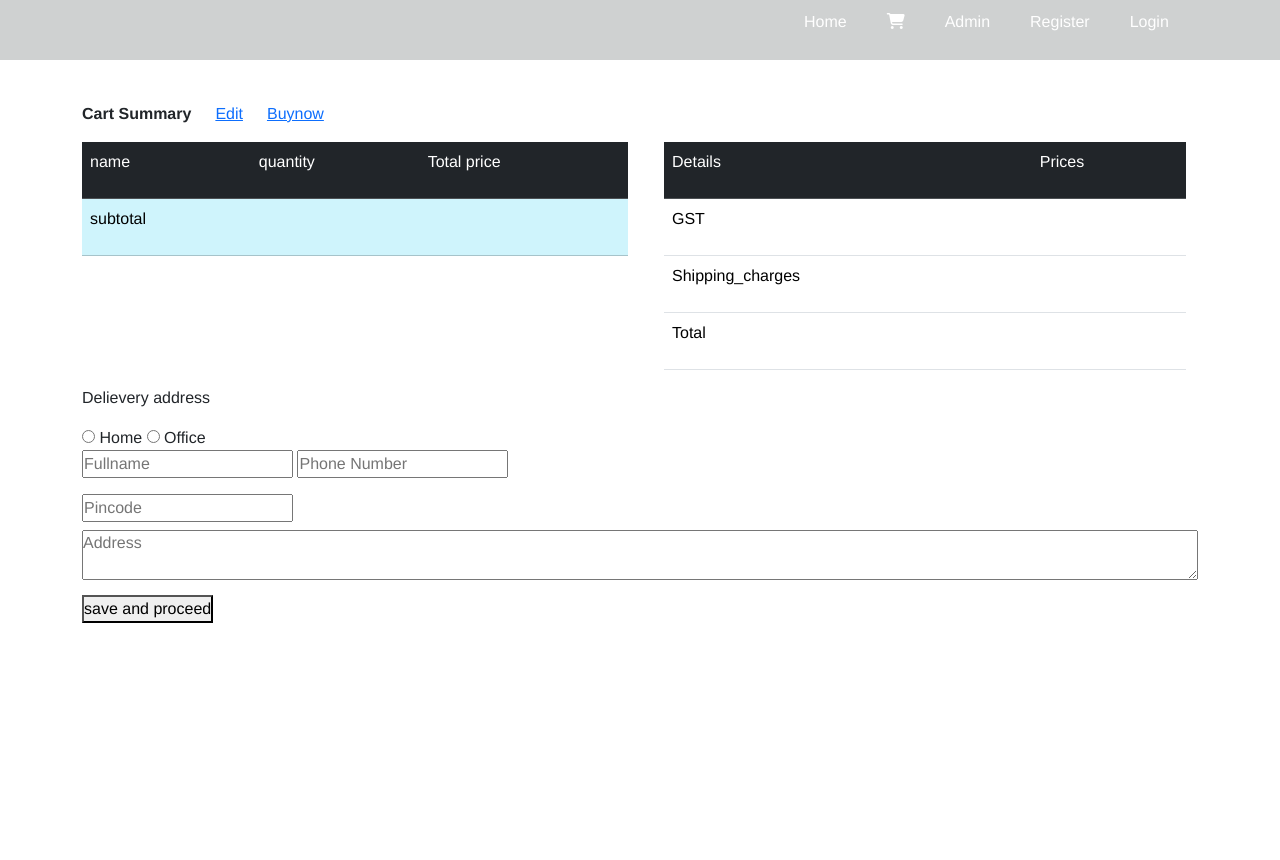
Repository: nagarjunau-dev/Brand
Page: project/login/templates/checkout.html
These files come from the project's save history. The page is drawn as it stood at one moment and after a run of saves; the edit follows.
The browser window is 1280 px wide. The pictures show the whole page.
The template is drawn by Django 5.2. The application's start-up code is not run. Other server files are loaded and not shown. The template is opened directly, without the code that normally fills it, so the values that code supplies are empty.

Above is the page before, as saved 2025-06-17 17:18:47.
Console error: TypeError: Cannot set properties of null (setting 'onclick')

### project/login/templates/checkout.html
{% extends "main.html" %}
{% load static %}
{% block content %}
<div class="container" style="height:100vh;margin:70px 0;">
    <div class="row mt-4">
        <div class="col mt-2">
            <div class="d-flex ">
            <p><b>Cart Summary</b></p>
            <a class='px-4'href="{% url "cart" %}">Edit</a>
            <a href="{% url "buynow" %}">Buynow</a>
            </div>
            <table class="table">
                <tr class="table-dark">
                    <td><p>name</p></td>
                    <td><p>quantity</p></td>
                    <td><p>Total price</p></td>
                </tr>
            {% for product in cart_products  %}
                <tr>
                    <td><p>{{product.name}}</p></td>
                    <td><p>{{product.quantity}}</p></td>
                    <td><p>{{product.total_price}}</p></td>
                </tr>
            {% endfor %}
            <tfoot class="table-info">
                <td><p>subtotal</p></td>
                <td><p>{{total_quantity}}</p></td>
                <td><p>{{product_total}}</p></td>
            </tfoot>
            </table>
        </div>
        <div class="col">
            <div class="container-fluid mt-5">
                <table class="table table-responsive ">
                    <tr class="table-dark">
                        <td><p>Details</p></td>
                        <td><p>Prices</p></td>
                    </tr>
                    {% for i in cart_products  %}
                        <tr>
                            <td><p>{{i.gst}}</p></td>
                            <td><p>{{i.total}}</p></td>
                        </tr>
                    {% endfor %}
                        <tr>
                            <td><p>GST</p></td>
                            <td><p>{{gst_amt|floatformat:2}}</p></td>
                        </tr>
                        <tr>
                            <td><p>Shipping_charges</p></td>
                            <td><p>{{shipping_charges}}</p></td>
                        </tr>
                        <tr>
                            <td><p>Total</p></td>
                            <td><p>{{total_price|floatformat:2}}</p></td>
                        </tr>
                </table>
            </div>
        </div>
    </div>
    <div class="col">
            <p>Delievery address</p>
            <form method="POST" class='form'>
                <label>
                    <input type="radio" name="home" value="home" onclick="showFields('home')"> Home
                </label>
                <label>
                    <input type="radio" name="office" value="office" onclick="showFields('office')"> Office
                </label>
                <div class="mb-2" style="width:100%">
                    <input  id="homefield" class="mb-2" type="text" placeholder="Fullname" name="fullname">
                    <input id="homefield" type="tel" pattern="[6-9] {1} [0-9] {9}"placeholder="Phone Number" name="number">
                </div>
                <div class="mb-2">
                    <input id="homefield" type="pin" placeholder="Pincode" name="pincode">
                </div>
                <div class="mb-2" style="width:100%">
                    <textarea id="homefield" style="width:100%" name="address" placeholder="Address"></textarea>
                </div>
                <div>
                    <button type="submit">save and proceed</button>
                </div>
            </form>
    </div>
</div>
{% endblock content %}

### project/templates/main.html
{% load static %}

<!DOCTYPE html>
<html lang="en">
<head>
    <meta charset="UTF-8">
    <meta name="viewport" content="width=device-width, initial-scale=1.0">
    <title>Login</title>
    {% comment %} <link rel="stylesheet" href="{% static "css/style.css" %}">
    <link rel="stylesheet" href="{% static "css/reg.css" %}">  {% endcomment %}
    <link rel="stylesheet" href="{% static "css/nav.css" %}">
    <link rel="stylesheet" href="https://cdnjs.cloudflare.com/ajax/libs/font-awesome/6.7.2/css/all.min.css" integrity="sha512-Evv84Mr4kqVGRNSgIGL/F/aIDqQb7xQ2vcrdIwxfjThSH8CSR7PBEakCr51Ck+w+/U6swU2Im1vVX0SVk9ABhg==" crossorigin="anonymous" referrerpolicy="no-referrer" />
    <link href="https://cdn.jsdelivr.net/npm/bootstrap@5.3.6/dist/css/bootstrap.min.css" rel="stylesheet" integrity="sha384-4Q6Gf2aSP4eDXB8Miphtr37CMZZQ5oXLH2yaXMJ2w8e2ZtHTl7GptT4jmndRuHDT" crossorigin="anonymous">
    {% block extra_css %}{% endblock extra_css %}
    {% block title %}
    <title>Shopping mart 24/7 -home</title>
    {% endblock title %}
</head>
<body>
    {% include "navbar.html" %}
    {% block content %}

    {% endblock content %}
    <script src="https://cdn.jsdelivr.net/npm/bootstrap@5.3.6/dist/js/bootstrap.min.js"></script>
    <script src="{% static "js/script.js" %}"></script>

</body>
</html>

### project/templates/navbar.html
{% load static %}

<nav>
    <div class="container">
        <ul class="nav-links">
            <li><a href="{% url "home" %}">Home</a></li>
            <li><a href="{% url "cart" %}"><i class="fa-solid fa-cart-shopping"></i><sup>{{count}}</sup></a></li>
            <li><a href="{% url "admin" %}">Admin</a></li>
            {% if request.user.is_authenticated %}
                <li><a id="logout" href="{% url "logout" %}">logout</a></li>
                <li><a id="logout" href="{% url "profile" %}"><i class="fa-solid fa-user" style='class:black'></i></a></li>

            {% else %}
            <li><a  href="{% url "register" %}">Register</a></li>
            <li><a href="{% url "login" %}">Login</a></li>
            {% endif %}
        </ul>
    </div>
</nav>

### project/static/css/nav.css
*{
    margin: 0;
    padding: 0;
    box-sizing: border-box;
    font-family:'Franklin Gothic Medium', 'Arial Narrow', Arial, sans-serif;
}

body{
    display: flex;
    justify-content: center;
    align-items: center;
    min-height: 100vh;
    background:whitesmoke;
}
nav {
    display: flex;
    background-color: rgba(160,164,164,0.5);
    align-items: center;
    padding: 10px 20px 10px 0px;
    position: fixed;
    top: 0px;
    width: 100%;
}
.container {
    width: 10rem;
    margin-left: 30px;
}
.nav-links{
    display: flex;
    list-style-type: none;
    margin-left: 700px;
    gap: 40px;
}
.nav-links a{
    text-decoration: none;
    color: white;
}

### project/static/js/script.js
let logoutbtn = document.getElementById('logout')
logoutbtn.onclick = (e)=>{
    let bool = confirm('Are u sure?')
    if(!bool){
        e.preventDefault()
    }
}

let cartdelbtn = document.getElementsByClassName('dele-btn')
for (let i of cartdelbtn) {
    i.onclick = (e) =>{
        let bool = confirm('delete a product ?')
        if(!bool){
            e.preventDefault()
        }
    }

}

function showFields() {
    const selected = document.getElementById('paymentMethod').value;

    // Hide all sections first
    document.getElementById('creditFields').style.display = 'none';
    document.getElementById('paypalFields').style.display = 'none';
    document.getElementById('upiFields').style.display = 'none';

    // Show selected one
    if (selected === 'credit') {
        document.getElementById('creditFields').style.display = 'block';
    } else if (selected === 'paypal') {
        document.getElementById('paypalFields').style.display = 'block';
    } else if (selected === 'upi') {
        document.getElementById('upiFields').style.display = 'block';
    }
}

function showFields(method) {
    // Hide all fields first
    document.getElementById('homefield').style.display = 'none';
    document.getElementById('officefield').style.display = 'none';

    // Show selected method's fields
    if (method === 'home') {
        document.getElementById('homefield').style.display = 'block';
    } else if (method === 'office') {
        document.getElementById('officefield').style.display = 'block';
    }
}

After the next 2 saves:
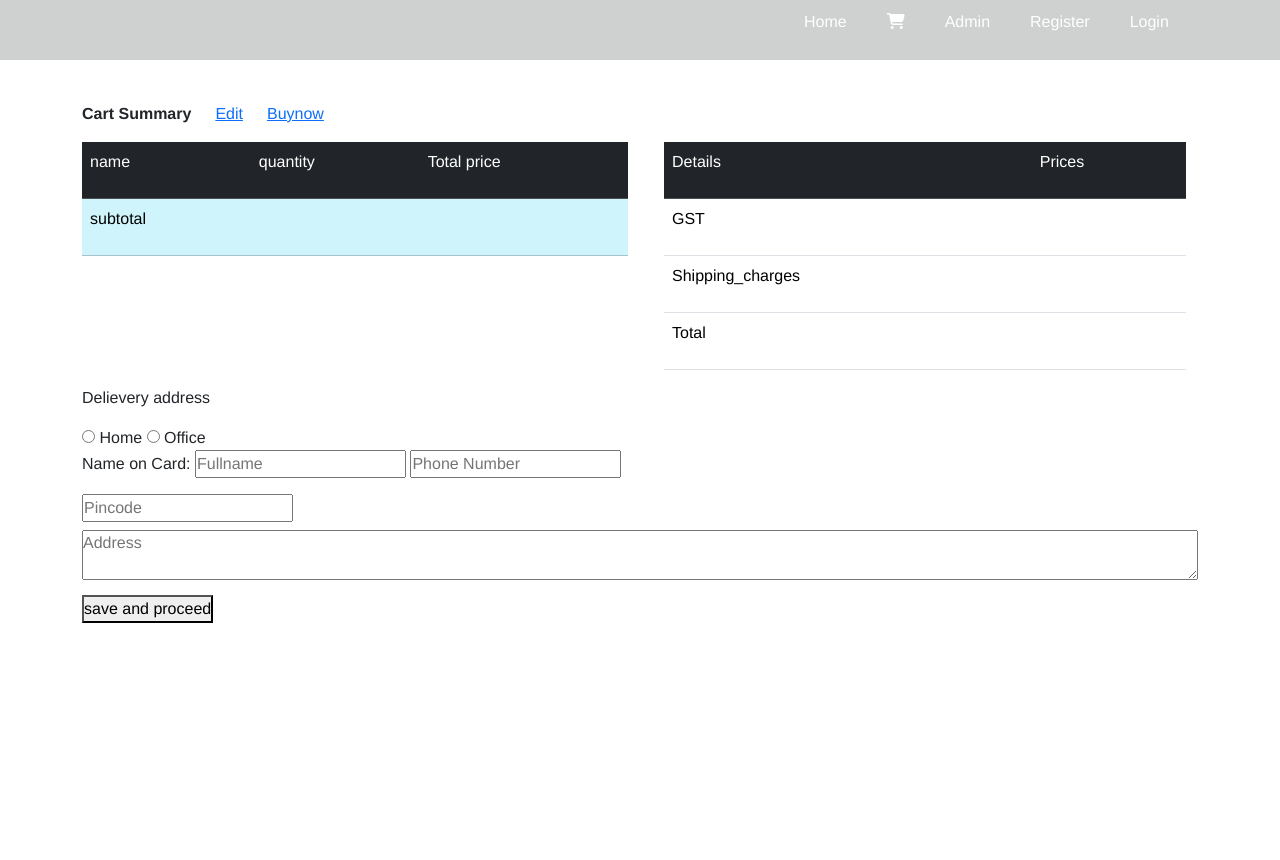
The 2 saves are shown as one change because they came seconds apart.
The last was saved 4 min 14 s later.
--- a/project/login/templates/checkout.html
+++ b/project/login/templates/checkout.html
@@ -68,6 +68,7 @@
                     <input type="radio" name="office" value="office" onclick="showFields('office')"> Office
                 </label>
                 <div class="mb-2" style="width:100%">
+                    <label for="cardName">Name on Card:</label>
                     <input  id="homefield" class="mb-2" type="text" placeholder="Fullname" name="fullname">
                     <input id="homefield" type="tel" pattern="[6-9] {1} [0-9] {9}"placeholder="Phone Number" name="number">
                 </div>
